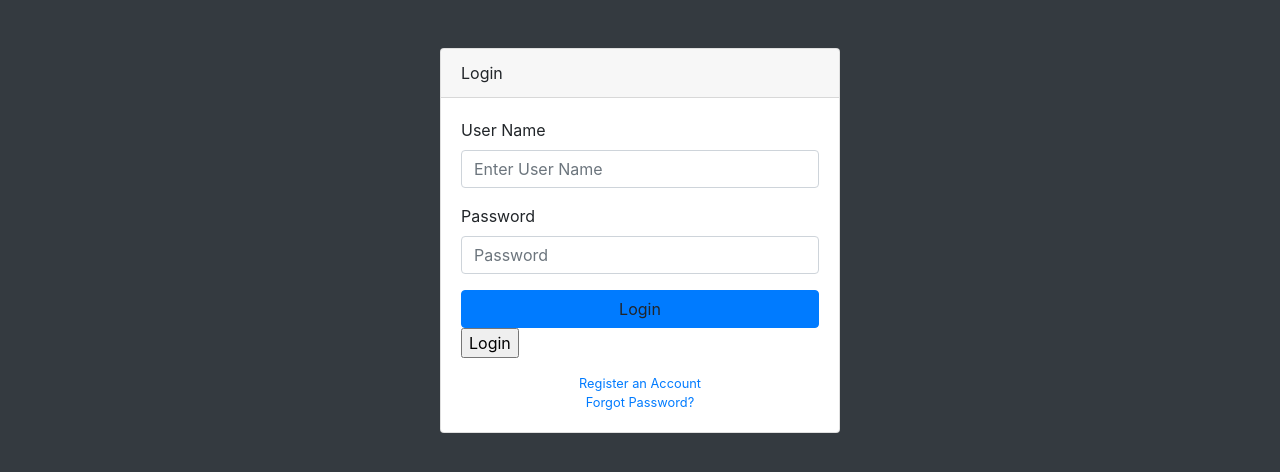
Repository: riorbak/Batch-Source
Page: Project 1/ERS/src/main/webapp/00-login.html
The author's editor kept a copy of each file at every save. The page is drawn from the files as they stood at one save, then again after the next save.
The browser window is 1280 px wide. The pictures show the whole page.

Above is the page before, as saved 2018-03-12 19:13:40.

After the next save:
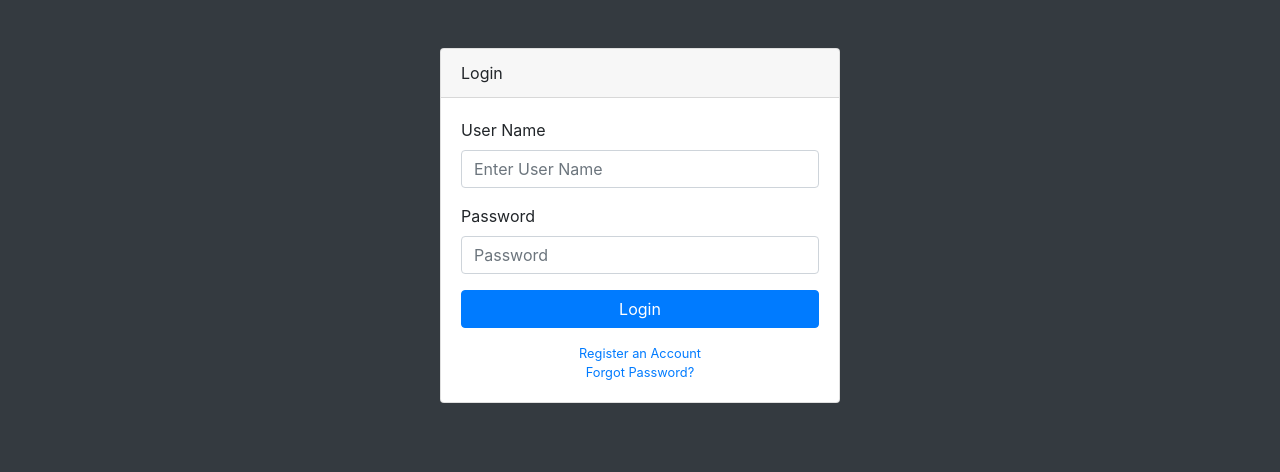
Saved 4 min 11 s later.
--- a/Project 1/ERS/src/main/webapp/00-login.html
+++ b/Project 1/ERS/src/main/webapp/00-login.html
@@ -30,8 +30,7 @@
             <label for="inputPassword">Password</label>
             <input class="form-control" id="inputPassword" type="password" name="password" placeholder="Password">
           </div>
-          <a class="btn btn-primary btn-block" id="loginBtn">Login</a>
-		  <input type="submit" value="Login"/>
+		  <input class="btn btn-primary btn-block" id="loginBtn" type="submit" value="Login"/>
         </form>
         <div class="text-center">
           <a class="d-block small mt-3" href="register.html">Register an Account</a>
